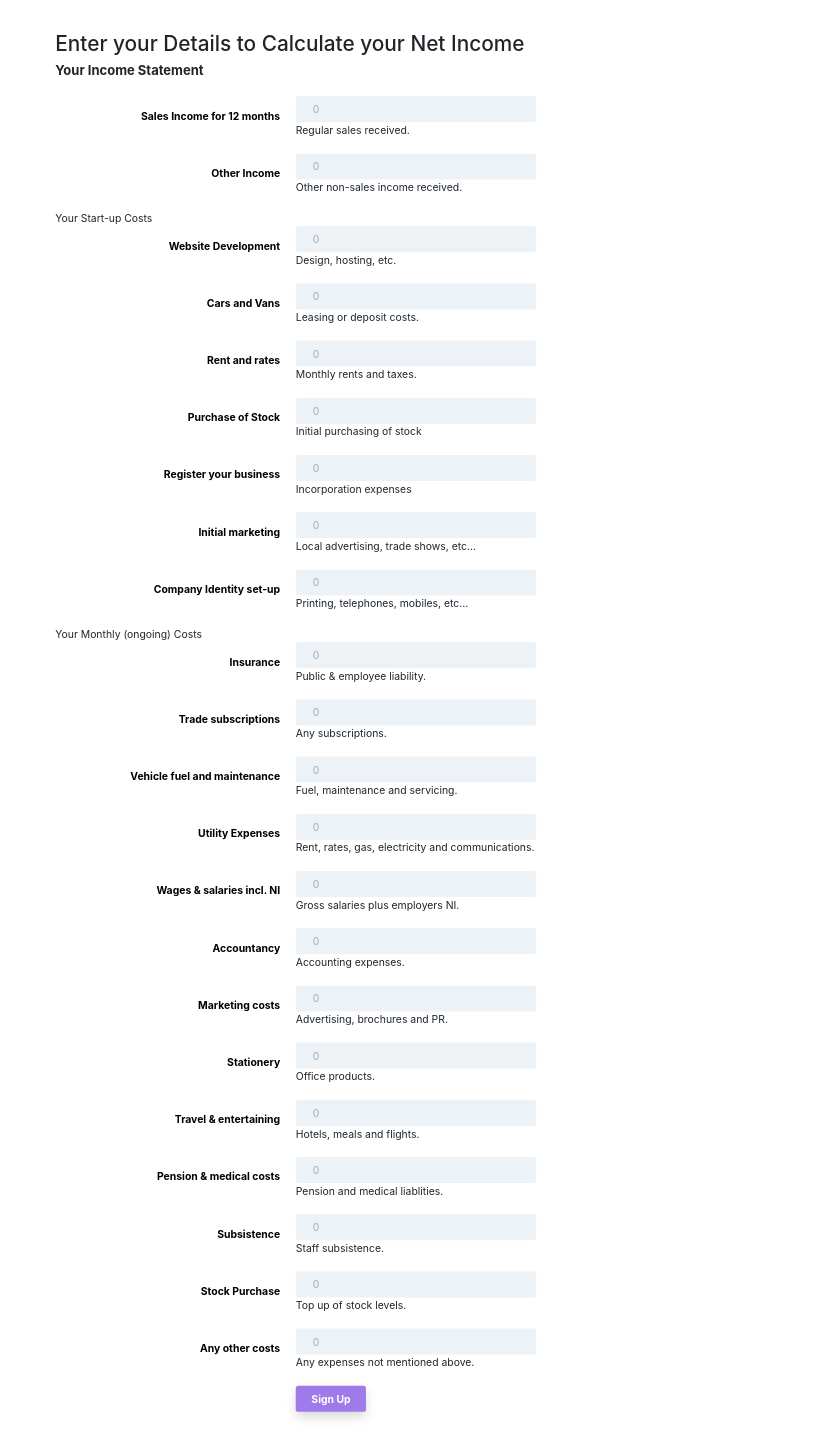
Repository: latenightsnacc/Financial-Forecast
Page: financial-forecast.html
The author's editor kept a copy of each file at every save. The page is drawn from the files as they stood at one save, then again after the next save.
The browser window is 1280 px wide. The pictures show the whole page, at 65% of full size.

Above is the page before, as saved 2020-11-15 14:07:47.

After the next save:
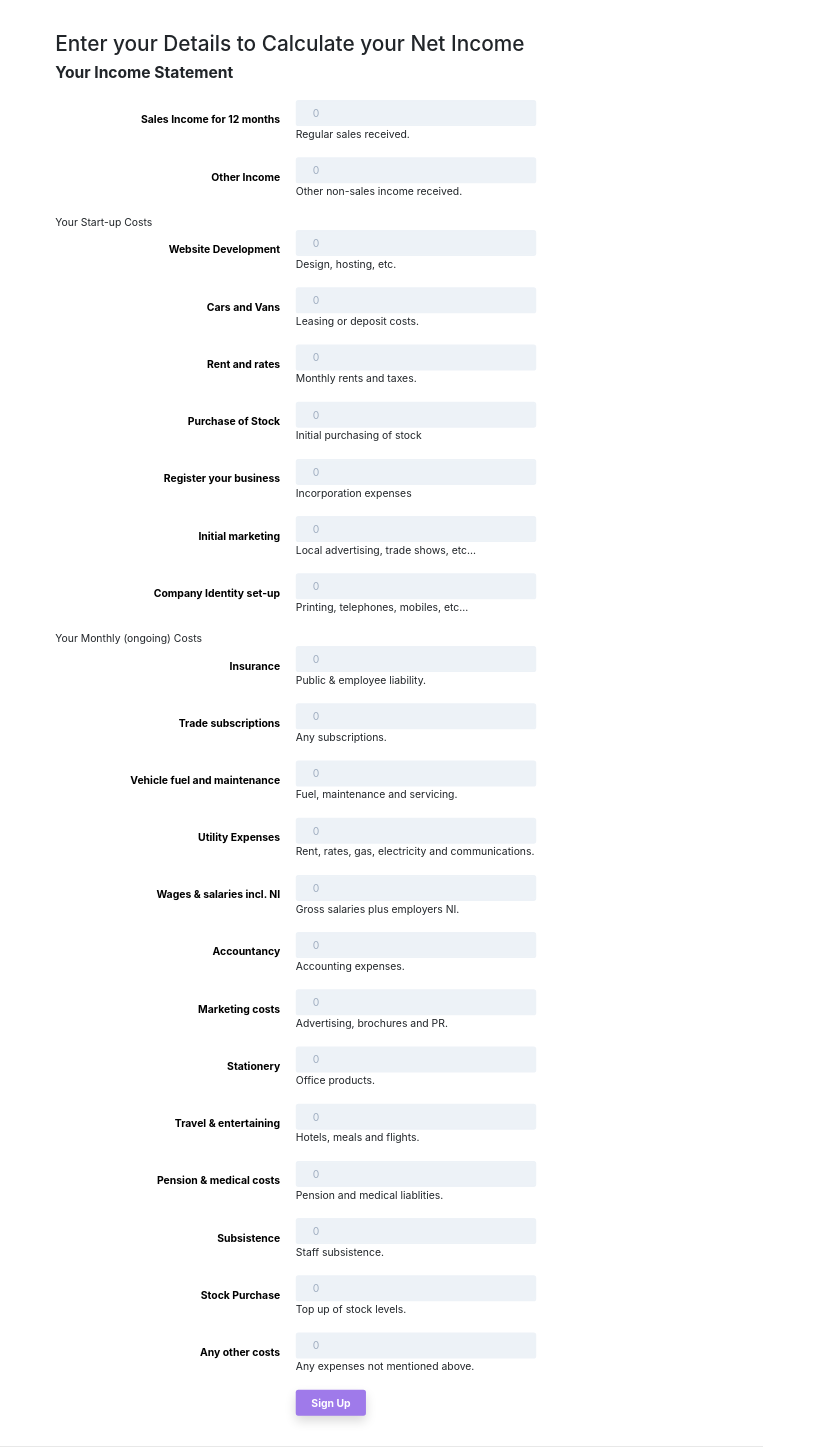
Saved 8 s later.
--- a/financial-forecast.html
+++ b/financial-forecast.html
@@ -24,7 +24,7 @@
             <!--FORM-->
             <form class="w-full max-w-none">
             <!--NET INCOME-->
-                <div class="font-bold text-xl mb-6">Your Income Statement</div>
+                <div class="font-bold text-2xl mb-6">Your Income Statement</div>
                 <!--Sales Income-->
                 <div class="md:flex md:items-center mb-6">
                   <div class="md:w-1/3">
